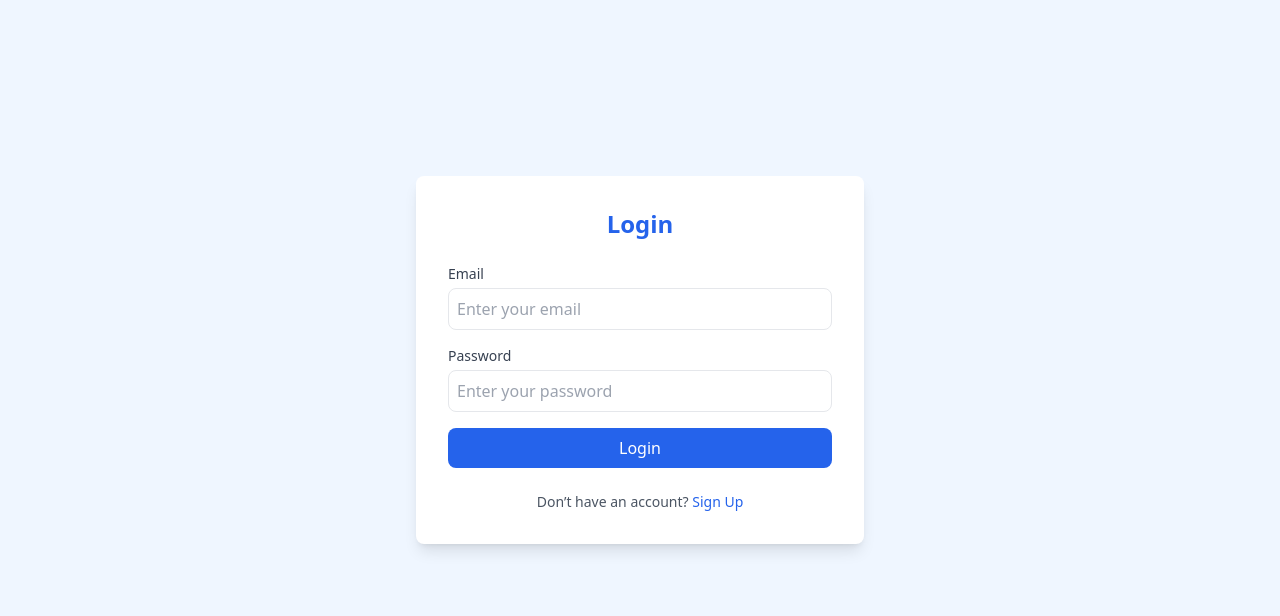
Repository: makanda596/system
Page: /login (app in client/)
The author's editor kept a copy of each file at every save. The page is drawn from the files as they stood at one save, then again after the next save.
The browser window is 1280 px wide. The pictures show the whole page.
The project was rebuilt for these pictures with package versions that can differ from the ones it lists, and the page was loaded fresh each time. Also part of the build but not shown: client/src/Home.jsx, client/src/SignUpForm.jsx. Imported but missing from the stored project, and not drawn on this page: client/src/reportWebVitals.

Above is the page before, as saved 2024-12-03 07:50:39.

After the next save:
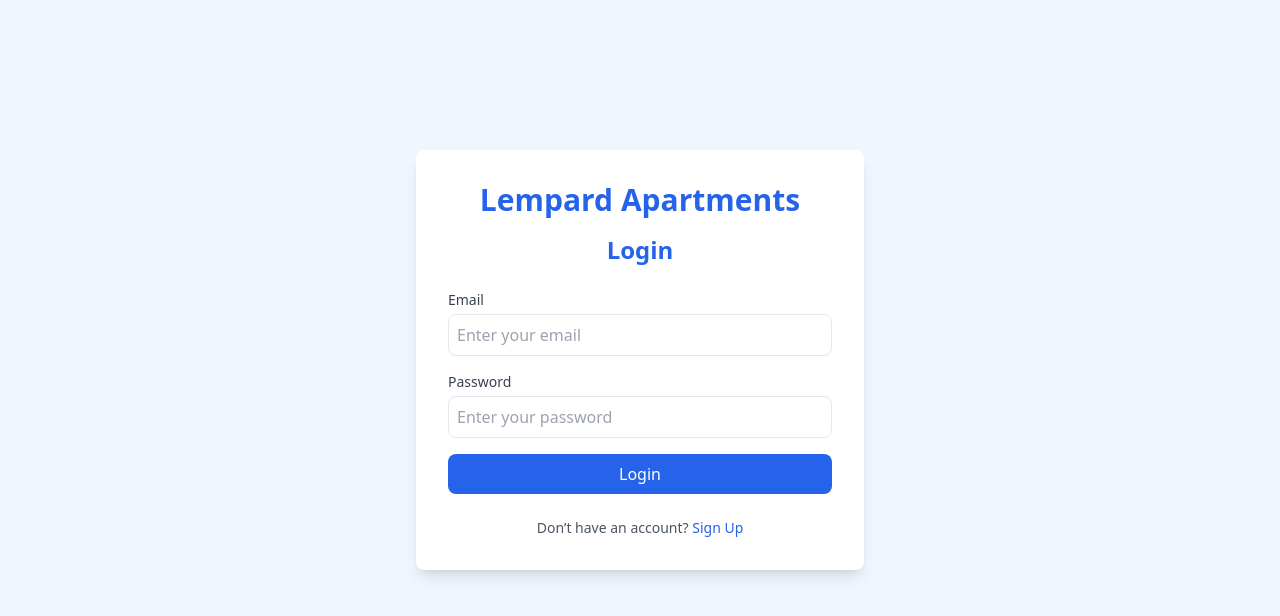
Saved 3 min 42 s later.
--- a/client/src/LoginForm.jsx
+++ b/client/src/LoginForm.jsx
@@ -34,7 +34,11 @@ function LoginForm() {
     return (
         <div className="min-h-screen bg-blue-50 flex items-center justify-center">
             <div className="bg-white p-8 rounded-lg shadow-lg w-full max-w-md">
-                <h1 className="text-2xl font-bold text-blue-600 text-center mb-6">Login</h1>
+                {/* Apartment Name */}
+                <h1 className="text-3xl font-bold text-blue-600 text-center mb-4">Lempard Apartments</h1>
+
+                {/* Login Form */}
+                <h2 className="text-2xl font-bold text-blue-600 text-center mb-6">Login</h2>
                 <form onSubmit={handleSubmit} className="space-y-4">
                     <div>
                         <label className="block text-sm font-medium text-gray-700">Email</label>
